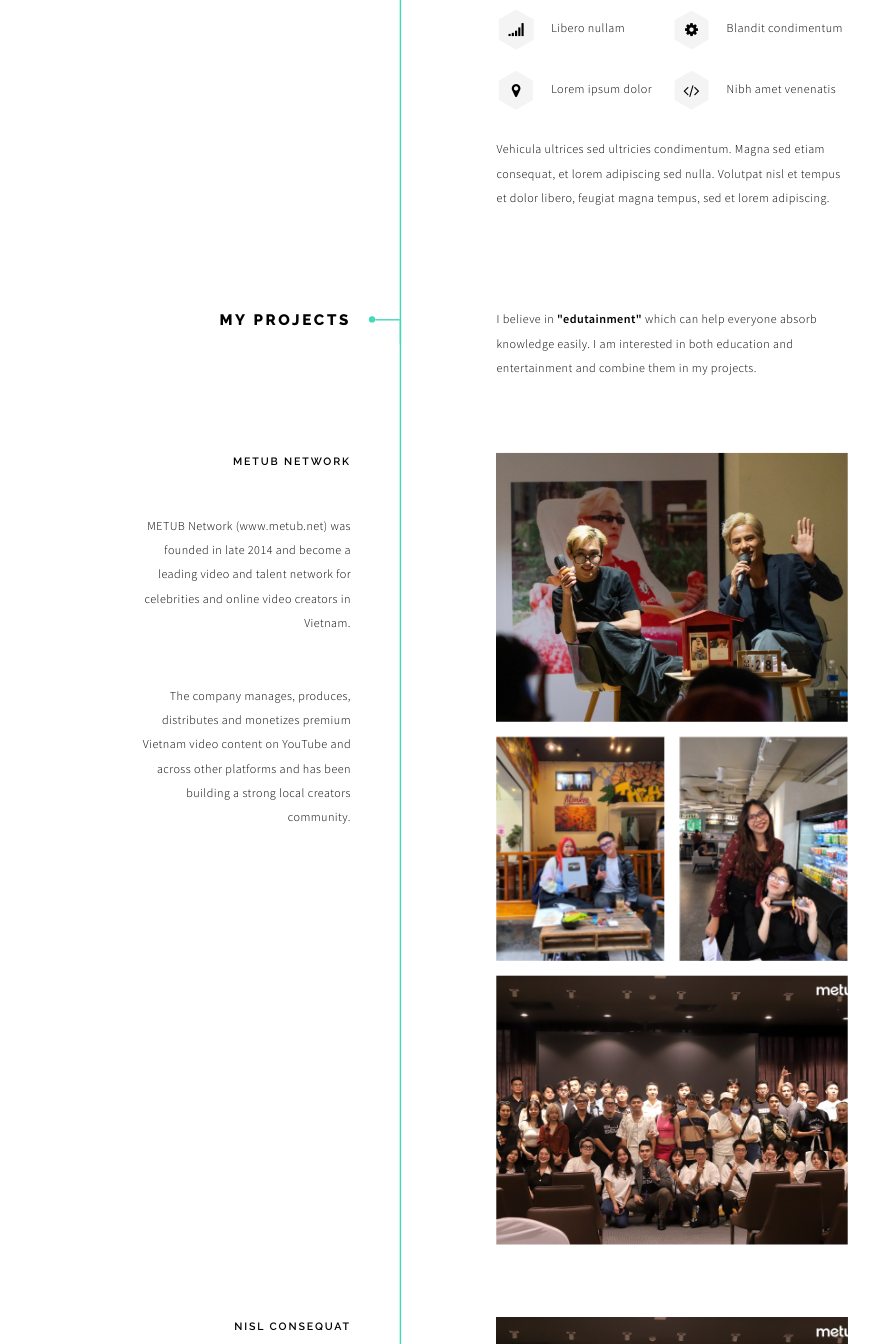
Repository: leonardin999/linh-porfolios
Page: index.html
An editor plug-in stored every save of this project. The page is shown before and after the next save, followed by the edit.
The browser window is 1280 px wide. The pictures show the part of the page from y = 3097 to 5017 px (the page is 7878 px tall), at 70% of full size.

Above is the page before, as saved 2023-01-24 20:38:54.

### index.html
<!DOCTYPE html>
<!--
	Paradigm Shift by HTML5 UP
	html5up.net | @ajlkn
	Free for personal and commercial use under the CCA 3.0 license (html5up.net/license)
-->
<html>
  <head>
    <title>Linh's Porfolio</title>
    <meta charset="utf-8" />
    <meta
      name="viewport"
      content="width=device-width, initial-scale=1, user-scalable=no"
    />
    <meta name="description" content="" />
    <meta name="keywords" content="" />
    <link rel="stylesheet" href="assets/css/main.css" />
  </head>
  <body class="is-preload">
    <!-- Wrapper -->
    <div id="wrapper">
      <!-- Intro -->
      <section class="intro">
        <header>
          <h1>PARTNERSHIP MARKETING EXECUTIVE</h1>
          <p>
            I'm interested in marketing. What I'm attempting to do is increase my abilities, contribute to business development, and satisfy client demand.
          </p>
          <ul class="actions">
            <li>
              <a href="#first" class="arrow scrolly"
                ><span class="label">Next</span></a
              >
            </li>
          </ul>
        </header>
        <div class="content">
          <span class="image fill" data-position="center"
            ><img src="images/pic01.jpg" alt=""
          /></span>
        </div>
      </section>

      <!-- Section -->
      <section id="first">
        <header>
          <h2>Experiences</h2>
        </header>
        <div class="content">
            <strong>METUB NETWORK | May, 2021 - Present</strong>
            <br><strong>Partnership Marketing Executive</strong></br>
            <ul class="">
              <li class="">Create awareness of marketing campaigns to train and educate YouTube creators to grow their channels</li>
              <li class="">Write copy for diverse marketing distributions (posters, Facebook posts for events, newsletters)</li>
              <li class="">Work closely with in-house Creative team to design marketing materials such as brochures, deck templates, newsletters, event posters</li>
              <li class="">Support in producing Monthly Newsletters to creators and YouTube partners, highlighting trending content and YouTube platform updates</li>
              <li class="">Support in partner- related projects and workshops as assigned by direct manager</li>
              <li class="">Support in organizing workshops in terms of marketing materials (banners, social posts, email invites), and logistics (gifting, venue sourcing, events planning) and induction content.</li>
              <li class="">Coordinate in Brand barter deals with Accounts team and Partner Management team</li>
            </ul>

            <strong>TEDxĐaKao | Nov, 2018 - Present</strong>
            <br><strong>Assistant to Organizer</strong></br>
            <ul class="">
              <li class="">Conduct overall marketing and growth plans in conjunction with the team; Mainly about building, branding and promoting information of TEDxĐaKao Speakers/ Ideas worth spreading.</li>
              <li class="">Scan the market for leads, ensure rigorous follow-ups and meetings</li>
              <li class="">Work closely with in-house Creative team to design marketing materials such as brochures, deck templates, newsletters, event posters</li>
              <li class="">Monitor industry activity and market trends relevant to the sponsorship of TEDxĐaKao</li>
              <li class="">Identify and execute pre-event, during events, and post-event stories, potential workshops/campaign and build growth campaign for TEDxĐaKao speakers + community - leading enriching community campaigns</li>
              <li class="">Support in organizing workshops in terms of marketing materials (banners, social posts, email invites), and logistics (gifting, venue sourcing, events planning) and induction content.</li>
              <li class="">A critical part of the role is client servicing – to be able to deliver on pre-agreed deliverables from both parties</li>
            </ul>


            <strong>Self Project | Oct, 2019 - Present</strong>
            <br><strong>Content Creator</strong></br>
            <div>
              <span>IG @foxdaholic | Oct, 2019 to Dec, 2022</span>
              <span><br>IG @vuumylinh  | Nov, 2022 to Present</br></span>
            </div>
            <ul class="">
              <li class="">Collaborate in Brand barter deals with F&B brand ands agencies.</li>
              <li class="">Take architectural photographs of restaurants and photographs of food and drinks.</li>
              <li class="">Share my own opinion about restaurants and their products in verbal.</li>
              <li class="">Do research into trending food and daily writing in an engaging way to attract readers.</li>
            </ul>
          </p>
        </div>
      </section>

      <!-- Section -->
      <section>
        <header>
          <h2>Feugiat consequat tempus ultrices</h2>
        </header>
        <div class="content">
          <p>
            <strong>Etiam tristique libero</strong> eu nibh porttitor amet
            fermentum. Nullam venenatis erat id vehicula ultrices sed ultricies
            condimentum.
          </p>
          <ul class="feature-icons">
            <li class="icon fa-laptop">Consequat tempus</li>
            <li class="icon fa-bolt">Etiam adipiscing</li>
            <li class="icon fa-signal">Libero nullam</li>
            <li class="icon fa-gear">Blandit condimentum</li>
            <li class="icon fa-map-marker">Lorem ipsum dolor</li>
            <li class="icon fa-code">Nibh amet venenatis</li>
          </ul>
          <p>
            Vehicula ultrices sed ultricies condimentum. Magna sed etiam
            consequat, et lorem adipiscing sed nulla. Volutpat nisl et tempus et
            dolor libero, feugiat magna tempus, sed et lorem adipiscing.
          </p>
        </div>
      </section>

      <!-- Section -->
      <section>
        <header>
          <h2>My Projects</h2>
        </header>
        <div class="content">
          <p>
            I believe in <strong>"edutainment"</strong> which can help everyone absorb knowledge easily.
            I am interested in both education and entertainment and combine them in my projects.
          </p>

          <!-- Section -->
          <section>
            <header>
              <h3>metub  network</h3>
              <p>
                <br>METUB Network (www.metub.net) was founded in late 2014 and become a leading video and talent network for celebrities and online video creators in Vietnam.</p>
                <br>The company manages, produces, distributes and monetizes premium Vietnam video content on YouTube and across other platforms and has been building a strong local creators community.</br>
              </p>
            </header>
            <div class="content">
              <div class="gallery">
                <a href="images/gallery/fulls/01.jpg" class="landscape"
                  ><img src="images/gallery/thumbs/01.jpg" alt=""
                /></a>
                <a href="images/gallery/fulls/02.jpg"
                  ><img src="images/gallery/thumbs/02.jpg" alt=""
                /></a>
                <a href="images/gallery/fulls/03.jpg"
                  ><img src="images/gallery/thumbs/03.jpg" alt=""
                /></a>
                <a href="images/gallery/fulls/04.jpg" class="landscape"
                  ><img src="images/gallery/thumbs/04.jpg" alt=""
                /></a>
              </div>
            </div>
          </section>

          <!-- Section -->
          <section>
            <header>
              <h3>Nisl consequat</h3>
              <p>
                Aenean ornare velit lacus, ac varius enim ullamcorper eu. Proin
                aliquam sed facilisis ante interdum congue. Integer mollis, nisl
                amet convallis, porttitor magna ullamcorper, amet mauris. Ut
                magna finibus nisi nec lacinia ipsum maximus.
              </p>
            </header>
            <div class="content">
              <div class="gallery">
                <a href="images/gallery/fulls/05.jpg" class="landscape"
                  ><img src="images/gallery/thumbs/05.jpg" alt=""
                /></a>
                <a href="images/gallery/fulls/06.jpg"
                  ><img src="images/gallery/thumbs/06.jpg" alt=""
                /></a>
                <a href="images/gallery/fulls/07.jpg"
                  ><img src="images/gallery/thumbs/07.jpg" alt=""
                /></a>
              </div>
            </div>
          </section>

          <!-- Section -->
          <section>
            <header>
              <h3>Lorem gravida</h3>
              <p>
                Proin aliquam facilisis ante interdum. Sed nulla amet lorem
                feugiat tempus aenean ornare velit lacus, ac varius sed enim
                lorem ullamcorper dolore. ac varius enim lorem ullamcorper
                dolore. Proin aliquam facilisis.
              </p>
            </header>
            <div class="content">
              <div class="gallery">
                <a href="images/gallery/fulls/08.jpg" class="portrait"
                  ><img src="images/gallery/thumbs/08.jpg" alt=""
                /></a>
                <a href="images/gallery/fulls/09.jpg" class="portrait"
                  ><img src="images/gallery/thumbs/09.jpg" alt=""
                /></a>
                <a href="images/gallery/fulls/10.jpg" class="landscape"
                  ><img src="images/gallery/thumbs/10.jpg" alt=""
                /></a>
              </div>
            </div>
          </section>
        </div>
      </section>

      <!-- Section -->
      <section>
        <header>
          <h2>Duis sed adpiscing veroeros amet</h2>
        </header>
        <div class="content">
          <p>
            <strong>Proin tempus feugiat</strong> sed varius enim lorem
            ullamcorper dolore aliquam aenean ornare velit lacus, ac varius enim
            lorem ullamcorper dolore.
          </p>
          <ul class="actions">
            <li><a href="#" class="button primary large">Get Started</a></li>
            <li><a href="#" class="button large">Learn More</a></li>
          </ul>
        </div>
      </section>

      <!-- Elements -->
      <!--
					<section>
						<header>
							<h2>Elements</h2>
						</header>
						<div class="content">

							<section>
								<header>
									<h3>Text</h3>
								</header>
								<div class="content">
									<p>This is <b>bold</b> and this is <strong>strong</strong>. This is <i>italic</i> and this is <em>emphasized</em>.
									This is <sup>superscript</sup> text and this is <sub>subscript</sub> text.
									This is <u>underlined</u> and this is code: <code>for (;;) { ... }</code>. Finally, <a href="#">this is a link</a>.</p>
									<hr />
									<h2>Heading Level 2</h2>
									<h3>Heading Level 3</h3>
									<h4>Heading Level 4</h4>
									<h5>Heading Level 5</h5>
									<hr />
									<h5>Blockquote</h5>
									<blockquote>Fringilla nisl. Donec accumsan interdum nisi, quis tincidunt felis sagittis eget tempus euismod. Vestibulum ante ipsum primis in faucibus vestibulum. Blandit adipiscing eu felis iaculis volutpat ac adipiscing accumsan faucibus. Vestibulum ante ipsum primis in faucibus lorem ipsum dolor sit amet nullam adipiscing eu felis.</blockquote>
									<h5>Preformatted</h5>
									<pre><code>i = 0;

while (!deck.isInOrder()) {
  print 'Iteration ' + i;
  deck.shuffle();
  i++;
}

print 'Sorted in ' + i + ' iterations.';</code></pre>
								</div>
							</section>

							<section>
								<header>
									<h3>Lists</h3>
								</header>
								<div class="content">

									<h4>Unordered</h4>
									<ul>
										<li>Dolor pulvinar etiam.</li>
										<li>Sagittis adipiscing.</li>
										<li>Felis enim feugiat.</li>
									</ul>

									<h4>Alternate</h4>
									<ul class="alt">
										<li>Dolor pulvinar etiam.</li>
										<li>Sagittis adipiscing.</li>
										<li>Felis enim feugiat.</li>
									</ul>

									<h4>Ordered</h4>
									<ol>
										<li>Dolor pulvinar etiam.</li>
										<li>Etiam vel felis viverra.</li>
										<li>Felis enim feugiat.</li>
										<li>Dolor pulvinar etiam.</li>
										<li>Etiam vel felis lorem.</li>
										<li>Felis enim et feugiat.</li>
									</ol>
									<h4>Icons</h4>
									<ul class="icons">
										<li><a href="#" class="icon fa-twitter"><span class="label">Twitter</span></a></li>
										<li><a href="#" class="icon fa-facebook"><span class="label">Facebook</span></a></li>
										<li><a href="#" class="icon fa-instagram"><span class="label">Instagram</span></a></li>
										<li><a href="#" class="icon fa-github"><span class="label">Github</span></a></li>
									</ul>

									<h4>Actions</h4>
									<ul class="actions">
										<li><a href="#" class="button primary">Default</a></li>
										<li><a href="#" class="button">Default</a></li>
									</ul>
									<ul class="actions stacked">
										<li><a href="#" class="button primary">Default</a></li>
										<li><a href="#" class="button">Default</a></li>
									</ul>
								</div>
							</section>

							<section>
								<header>
									<h3>Table</h3>
								</header>
								<div class="content">
									<h4>Default</h4>
									<div class="table-wrapper">
										<table>
											<thead>
												<tr>
													<th>Name</th>
													<th>Description</th>
													<th>Price</th>
												</tr>
											</thead>
											<tbody>
												<tr>
													<td>Item One</td>
													<td>Ante turpis integer aliquet porttitor.</td>
													<td>29.99</td>
												</tr>
												<tr>
													<td>Item Two</td>
													<td>Vis ac commodo adipiscing arcu aliquet.</td>
													<td>19.99</td>
												</tr>
												<tr>
													<td>Item Three</td>
													<td> Morbi faucibus arcu accumsan lorem.</td>
													<td>29.99</td>
												</tr>
												<tr>
													<td>Item Four</td>
													<td>Vitae integer tempus condimentum.</td>
													<td>19.99</td>
												</tr>
												<tr>
													<td>Item Five</td>
													<td>Ante turpis integer aliquet porttitor.</td>
													<td>29.99</td>
												</tr>
											</tbody>
											<tfoot>
												<tr>
													<td colspan="2"></td>
													<td>100.00</td>
												</tr>
											</tfoot>
										</table>
									</div>

									<h4>Alternate</h4>
									<div class="table-wrapper">
										<table class="alt">
											<thead>
												<tr>
													<th>Name</th>
													<th>Description</th>
													<th>Price</th>
												</tr>
											</thead>
											<tbody>
												<tr>
													<td>Item One</td>
													<td>Ante turpis integer aliquet porttitor.</td>
													<td>29.99</td>
												</tr>
												<tr>
													<td>Item Two</td>
													<td>Vis ac commodo adipiscing arcu aliquet.</td>
													<td>19.99</td>
												</tr>
												<tr>
													<td>Item Three</td>
													<td> Morbi faucibus arcu accumsan lorem.</td>
													<td>29.99</td>
												</tr>
												<tr>
													<td>Item Four</td>
													<td>Vitae integer tempus condimentum.</td>
													<td>19.99</td>
												</tr>
												<tr>
													<td>Item Five</td>
													<td>Ante turpis integer aliquet porttitor.</td>
													<td>29.99</td>
												</tr>
											</tbody>
											<tfoot>
												<tr>
													<td colspan="2"></td>
													<td>100.00</td>
												</tr>
											</tfoot>
										</table>
									</div>
								</div>
							</section>

							<section>
								<header>
									<h3>Buttons</h3>
								</header>
								<div class="content">
									<ul class="actions">
										<li><a href="#" class="button primary">Primary</a></li>
										<li><a href="#" class="button">Default</a></li>
									</ul>
									<ul class="actions">
										<li><a href="#" class="button large">Large</a></li>
										<li><a href="#" class="button">Default</a></li>
										<li><a href="#" class="button small">Small</a></li>
									</ul>
									<ul class="actions">
										<li><a href="#" class="button primary icon fa-download">Icon</a></li>
										<li><a href="#" class="button icon fa-download">Icon</a></li>
									</ul>
									<ul class="actions">
										<li><span class="button primary disabled">Disabled</span></li>
										<li><span class="button disabled">Disabled</span></li>
									</ul>
								</div>
							</section>

							<section>
								<header>
									<h3>Form</h3>
								</header>
								<div class="content">
									<form method="post" action="#">
										<div class="fields">
											<div class="field half">
												<label for="demo-name">Name</label>
												<input type="text" name="demo-name" id="demo-name" value="" placeholder="Jane Doe" />
											</div>
											<div class="field half">
												<label for="demo-email">Email</label>
												<input type="email" name="demo-email" id="demo-email" value="" placeholder="jane@untitled.tld" />
											</div>
											<div class="field">
												<label for="demo-category">Category</label>
												<select name="demo-category" id="demo-category">
													<option value="">-</option>
													<option value="1">Manufacturing</option>
													<option value="1">Shipping</option>
													<option value="1">Administration</option>
													<option value="1">Human Resources</option>
												</select>
											</div>
											<div class="field half">
												<input type="radio" id="demo-priority-low" name="demo-priority" checked>
												<label for="demo-priority-low">Low</label>
											</div>
											<div class="field half">
												<input type="radio" id="demo-priority-high" name="demo-priority">
												<label for="demo-priority-high">High</label>
											</div>
											<div class="field half">
												<input type="checkbox" id="demo-copy" name="demo-copy">
												<label for="demo-copy">Email me a copy</label>
											</div>
											<div class="field half">
												<input type="checkbox" id="demo-human" name="demo-human" checked>
												<label for="demo-human">Not a robot</label>
											</div>
											<div class="field">
												<label for="demo-message">Message</label>
												<textarea name="demo-message" id="demo-message" placeholder="Enter your message" rows="6"></textarea>
											</div>
										</div>
										<ul class="actions">
											<li><input type="submit" value="Send Message" class="primary" /></li>
											<li><input type="reset" value="Reset" /></li>
										</ul>
									</form>
								</div>
							</section>

						</div>
					</section>
				-->

      <!-- Section -->
      <section>
        <header>
          <h2>Get in touch</h2>
        </header>
        <div class="content">
          <p>
            <strong>Auctor commodo</strong> interdum et malesuada fames ac ante
            ipsum primis in faucibus. Pellentesque venenatis dolor imperdiet
            dolor mattis sagittis.
          </p>
          <form>
            <div class="fields">
              <div class="field half">
                <input type="text" name="name" id="name" placeholder="Name" />
              </div>
              <div class="field half">
                <input
                  type="email"
                  name="email"
                  id="email"
                  placeholder="Email"
                />
              </div>
              <div class="field">
                <textarea
                  name="message"
                  id="message"
                  placeholder="Message"
                  rows="7"
                ></textarea>
              </div>
            </div>
            <ul class="actions">
              <li>
                <input
                  type="submit"
                  value="Send Message"
                  class="button primary"
                />
              </li>
            </ul>
          </form>
        </div>
        <footer>
          <ul class="items">
            <li>
              <h3>Email</h3>
              <a href="#">information@untitled.ext</a>
            </li>
            <li>
              <h3>Phone</h3>
              <a href="#">(000) 000-0000</a>
            </li>
            <li>
              <h3>Address</h3>
              <span>1234 Somewhere Road, Nashville, TN 00000</span>
            </li>
            <li>
              <h3>Elsewhere</h3>
              <ul class="icons">
                <li>
                  <a href="#" class="icon fa-twitter"
                    ><span class="label">Twitter</span></a
                  >
                </li>
                <li>
                  <a href="#" class="icon fa-facebook"
                    ><span class="label">Facebook</span></a
                  >
                </li>
                <li>
                  <a href="#" class="icon fa-instagram"
                    ><span class="label">Instagram</span></a
                  >
                </li>
                <li>
                  <a href="#" class="icon fa-linkedin"
                    ><span class="label">LinkedIn</span></a
                  >
                </li>
                <li>
                  <a href="#" class="icon fa-github"
                    ><span class="label">GitHub</span></a
                  >
                </li>
                <li>
                  <a href="#" class="icon fa-codepen"
                    ><span class="label">Codepen</span></a
                  >
                </li>
              </ul>
            </li>
          </ul>
        </footer>
      </section>

      <!-- Copyright -->
      <div class="copyright">
        &copy; Untitled. All rights reserved. Design:
        <a href="https://html5up.net">HTML5 UP</a>. Distributed by
        <a href="https://themewagon.com/">ThemeWagon</a>
      </div>
    </div>

    <!-- Scripts -->
    <script src="assets/js/jquery.min.js"></script>
    <script src="assets/js/jquery.scrolly.min.js"></script>
    <script src="assets/js/browser.min.js"></script>
    <script src="assets/js/breakpoints.min.js"></script>
    <script src="assets/js/util.js"></script>
    <script src="assets/js/main.js"></script>
  </body>
</html>

Loaded but not shown: assets/css/font-awesome.min.css (library); assets/js/jquery.min.js (library); assets/js/jquery.scrolly.min.js (common file); assets/js/browser.min.js (common file); assets/js/breakpoints.min.js (common file); assets/js/util.js (587 lines, source omitted); assets/js/main.js (208 lines, source omitted); assets/css/main.css (3922 lines, source omitted)

After the next save:
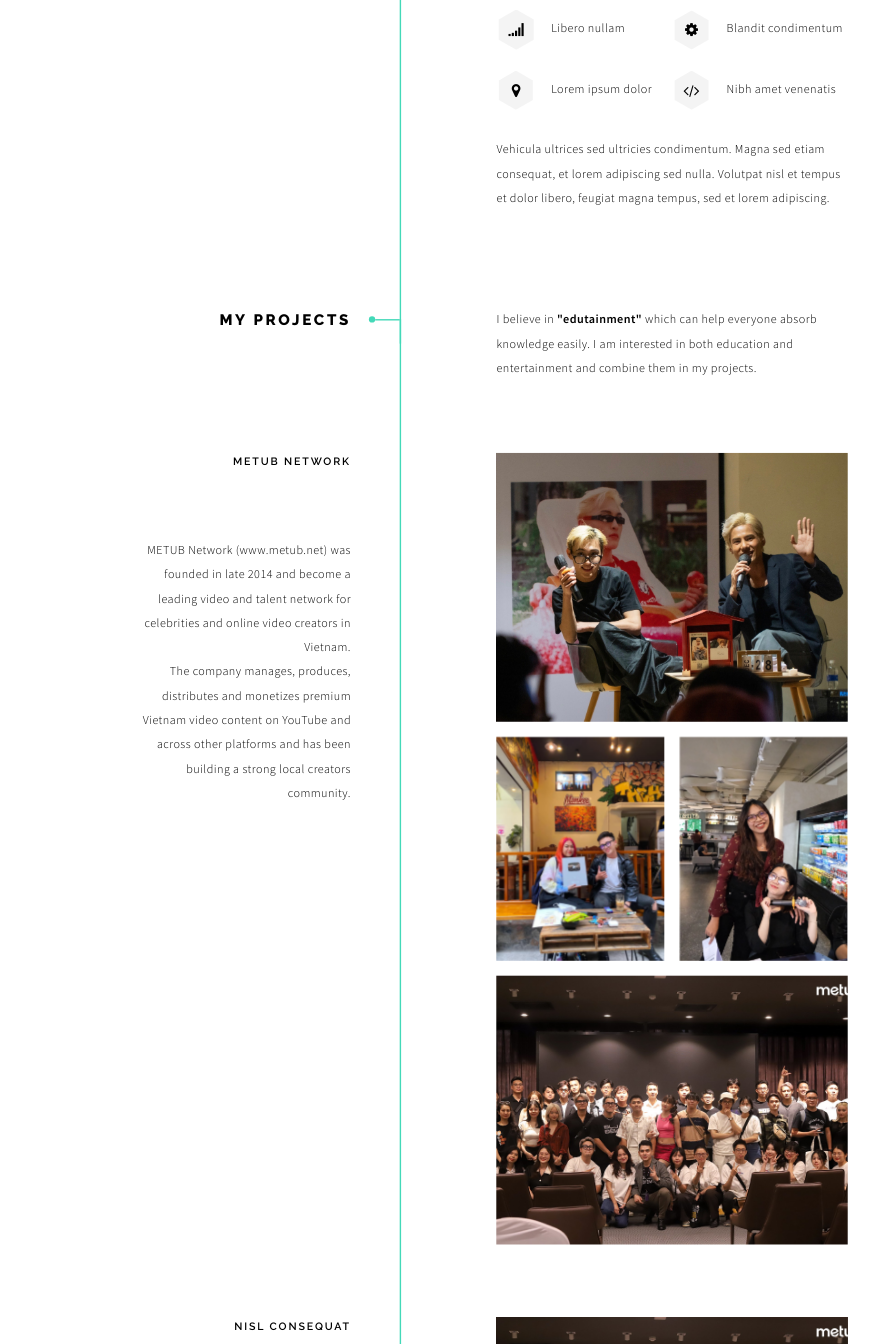
Saved 45 s later.
--- a/index.html
+++ b/index.html
@@ -130,8 +130,8 @@
           <section>
             <header>
               <h3>metub  network</h3>
-              <p>
-                <br>METUB Network (www.metub.net) was founded in late 2014 and become a leading video and talent network for celebrities and online video creators in Vietnam.</p>
+              <br>
+                <br>METUB Network (www.metub.net) was founded in late 2014 and become a leading video and talent network for celebrities and online video creators in Vietnam.
                 <br>The company manages, produces, distributes and monetizes premium Vietnam video content on YouTube and across other platforms and has been building a strong local creators community.</br>
               </p>
             </header>
